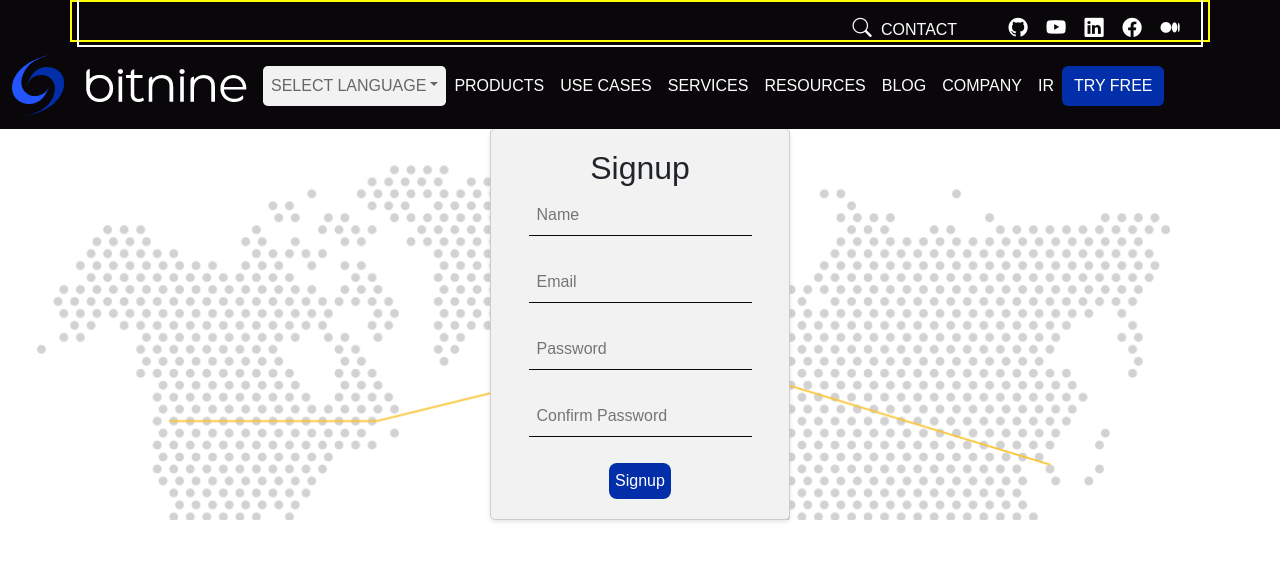
Repository: devblackie/signinpage
Page: /
An editor plug-in stored every save of this project. The page is shown before and after the next save, followed by the edit.
The browser window is 1280 px wide. The pictures show the whole page.
Some web fonts or font styles are not loaded; a fallback is used. The project was rebuilt for these pictures with package versions that can differ from the ones it lists, and the page was loaded fresh each time. Also part of the build but not shown: vite.config.js, src/components/Login.jsx, src/components/Dashboard.jsx, src/components/Home.jsx, src/components/ProtectedDashboard.jsx.

Above is the page before, as saved 2023-08-28 17:03:13.

### index.html
<!doctype html>
<html lang="en">
  <head>
    <meta charset="UTF-8" />
    <link rel="preconnect" href="https://fonts.googleapis.com">
<link rel="preconnect" href="https://fonts.gstatic.com" crossorigin>
<link href="https://fonts.googleapis.com/css2?family=Monda:wght@400;700&display=swap" rel="stylesheet">
    <link rel="stylesheet" href="https://cdn.jsdelivr.net/npm/bootstrap-icons@1.10.5/font/bootstrap-icons.css">
    <link href="https://cdn.jsdelivr.net/npm/bootstrap@5.3.1/dist/css/bootstrap.min.css" rel="stylesheet" integrity="sha384-4bw+/aepP/YC94hEpVNVgiZdgIC5+VKNBQNGCHeKRQN+PtmoHDEXuppvnDJzQIu9" crossorigin="anonymous">
    <meta name="viewport" content="width=device-width, initial-scale=1.0" />
    <title>Bitnine Login</title>
  </head>
  <body>
    <div id="root"></div>
    <script type="module" src="/src/main.jsx"></script>
    <script src="https://cdn.jsdelivr.net/npm/bootstrap@5.3.1/dist/js/bootstrap.bundle.min.js" integrity="sha384-HwwvtgBNo3bZJJLYd8oVXjrBZt8cqVSpeBNS5n7C8IVInixGAoxmnlMuBnhbgrkm" crossorigin="anonymous"></script>
  </body>
</html>

### src/main.jsx
import React from "react";
import ReactDOM from "react-dom";
import App from "./App";
import { UserProvider } from "./components/UserContext";

ReactDOM.render(
  <UserProvider>
    <App />
  </UserProvider>,
  document.getElementById("root")
);

### src/App.jsx
import React, { useState } from "react";
import { BrowserRouter as Router, Route, Routes } from "react-router-dom";
import Signup from "./components/Signup";
import Login from "./components/Login";
import Dashboard from "./components/Dashboard";
import Home from "./components/Home";
import ProtectedDashboard from "./components/ProtectedDashboard";
import "./App.css";

const App = () => {
  const [isAuthenticated, setIsAuthenticated] = useState(false);

  const handleLogin = () => {
    setIsAuthenticated(true);
  };

  return (
    <Router>
      <Routes>
        <Route
          path="/"
          element={
            <div>
              <Signup handleLogin={handleLogin} />
              {/* <Login handleLogin={handleLogin} /> */}
            </div>
          }
        />
        <Route
          path="/dashboard"
          // element={<ProtectedDashboard isAuthenticated={isAuthenticated} />}
          element={<Dashboard />}
        />
        <Route
          path="/home"
          // element={<ProtectedDashboard isAuthenticated={isAuthenticated} />}
          element={<Home />}
        />
      </Routes>
    </Router>
  );
};

export default App;

### src/components/UserContext.jsx
import React, { createContext, useContext, useState } from "react";

const UserContext = createContext();

export function UserProvider({ children }) {
  const [userName, setUserName] = useState("");

  return (
    <UserContext.Provider value={{ userName, setUserName }}>
      {children}
    </UserContext.Provider>
  );
}

export function useUser() {
  return useContext(UserContext);
}

### src/components/Signup.jsx
import React, { useState } from "react";
import "./signup.css";
import { useUser } from "./UserContext";
import { useNavigate } from "react-router-dom";
import Header from "./Header";

const Signup = ({ handleLogin }) => {
  // States for registration
  const [email, setEmail] = useState("");
  const [name, setName] = useState("");
  const [password, setPassword] = useState("");
  const [cpassword, setCPassword] = useState("");
  const [formErrors, setFormErrors] = useState({});
  const navigate = useNavigate();
  const { setUserName } = useUser(); // Ret

  // State for tracking submission status
  const [submissionStatus, setSubmissionStatus] = useState("none"); // Possible values: "none", "success", "error"

  // Handling input changes
  const handleInputChange = (e) => {
    const { name, value } = e.target;
    if (name === "name") setName(value);
    if (name === "email") setEmail(value);
    if (name === "password") setPassword(value);
    if (name === "cpassword") setCPassword(value);
    setSubmissionStatus("none");
  };

  const handleSignform = (e) => {
    e.preventDefault();
    const errors = validateForm();
    if (Object.keys(errors).length === 0) {
      setSubmissionStatus("success");
      setUserName(name); // Set the userName in the context
    } else {
      setFormErrors(errors);
      setSubmissionStatus("error");
    }
  };

  // Form validations
  const validateForm = () => {
    const errors = {};
    const regex = /^[^\s+@]+@[^\s@]+\.[^\s@]{2,}$/i;

    if (!name) errors.name = "Name is required";
    if (!email) errors.email = "Email is required";
    else if (!regex.test(email))
      errors.email = "This is not a valid email format!";

    if (!password) errors.password = "Password is required";
    else if (password.length < 4)
      errors.password = "Password must be more than 4 characters";
    else if (password.length > 10)
      errors.password = "Password cannot exceed more than 10 characters";

    if (!cpassword) errors.cpassword = "Confirm Password is required";
    else if (cpassword !== password)
      errors.cpassword = "Confirm password and password should be the same";
    return errors;
  };

  return (
    <>
      <Header userName={name} />
      <div className="form-container">
        {submissionStatus === "success" ? (
          <div className="success">
            <h1>User {name} successfully registered!!</h1>
            <a onClick={() => navigate("/home")}>
              Click to continue to the main site
            </a>
          </div>
        ) : (
          <form onSubmit={handleSignform}>
            <h2>Signup</h2>
            <input
              type="text"
              name="name"
              placeholder="Name"
              value={name}
              onChange={handleInputChange}
            />
            <p className="error">{formErrors.name}</p>
            <input
              type="email"
              name="email"
              placeholder="Email"
              value={email}
              onChange={handleInputChange}
            />
            <p className="error">{formErrors.email}</p>
            <input
              type="password"
              name="password"
              placeholder="Password"
              value={password}
              onChange={handleInputChange}
            />
            <p className="error">{formErrors.password}</p>
            <input
              type="password"
              placeholder="Confirm Password"
              value={cpassword}
              name="cpassword"
              onChange={handleInputChange}
            />
            <p className="error">{formErrors.cpassword}</p>
            <button className-="bton" type="submit">
              Signup
            </button>
          </form>
        )}
      </div>
    </>
  );
};

export default Signup;

### src/App.css
#root {
  max-width: 1280px;
  margin: 0 auto;
  padding: 2rem;
  text-align: center;
}
.btn1{background-color:#022ea9;
  color:#fff;
  outline:none;
  border:none;}
  .btn1:hover{
    color:orange;
    background-color:#022ea9;
  }


@media (prefers-reduced-motion: no-preference) {
  a:nth-of-type(2) .logo {
    animation: logo-spin infinite 20s linear;
  }
}

.card {
  padding: 2em;
}

.read-the-docs {
  color: #888;
}

### src/components/signup.css
form .error {
  color: red;
  font-size: 12px;
}
.form-container {
  background-image: url("../assets/map2.png");
  background-size: cover;
  background-repeat: no-repeat;
  font-family: "Monda", sans-serif;
  margin-top: 6em;
}
form {
  background-color: #f2f2f2;
  max-width: 300px;
  margin: 0 auto;
  padding: 20px;
  border: 1px solid #ccc;
  border-radius: 5px;
  box-shadow: 0 2px 4px rgba(0, 0, 0, 0.1);
}
form input {
  margin-bottom: 10px;
  padding: 8px;
  border: none;
  border-bottom: 1px solid #09070a;
  /* border-radius: 3px; */
  background-color: transparent;
}
input:focus,
input:focus-visible {
  outline: none;
  background-color: inherit;
}
form button {
  background-color: #022ea9;
  color: #fff;
  outline: none;
  border: none;
  border-radius: 8px;
  padding: 6px;
}
button:hover {
  color: orange;
  background-color: #022ea9;
}

### src/components/Header.jsx
import React from "react";
import "./style/navbar.css";
import {useUser} from "./UserContext"   //Path to UserContext file
import Logo from "../assets/bitnine-logo_.png";

export default function Header() {
  const {userName}= useUser() //Retrieve userName from the context
  return (
    <>
      <div className="fixed-top header">
        <header class="topbar">
          <div class="container">
            <div class="row">
              {/* <!-- social icon--> */}
              <div class="col-sm-12">
                <ul class="social-network">
                  <div className="hovver">
                    <li>
                      <a class="waves-effect waves-dark" id="hovver" href="#">
                        <i class="bi bi-search"></i>
                      </a>
                    </li>
                    <li>
                      <a
                        class="waves-effect waves-dark tact"
                        id="hovver"
                        href="#"
                      >
                        contact
                      </a>
                    </li>
                  </div>
                  <div className="soc">
                    <li id="git">
                      <a class="waves-effect waves-dark" href="#">
                        <i class="bi bi-github"></i>
                      </a>
                    </li>
                    <li id="youtube">
                      <a class="waves-effect waves-dark" href="#">
                        <i class="bi bi-youtube"></i>
                      </a>
                    </li>
                    <li id="in">
                      <a class="waves-effect waves-dark" href="#">
                        <i class="bi bi-linkedin"></i>
                      </a>
                    </li>
                    <li id="fb">
                      <a class="waves-effect waves-dark" href="#">
                        <i class="bi bi-facebook"></i>
                      </a>
                    </li>
                    <li id="medium">
                      <a class="waves-effect waves-dark" href="#">
                        <i class="bi bi-medium"></i>
                      </a>
                    </li>
                  </div>
                </ul>
                <p className="text warning">{userName}</p>
              </div>
            </div>
          </div>
        </header>
        <nav className="navbar navbar-expand-lg">
          <div className="container-fluid">
            <a className="navbar-brand" href="#">
              <img src={`${Logo}`} alt="logo" />
            </a>

            <div
              className="collapse navbar-collapse"
              id="navbarSupportedContent"
            >
              <ul className="navbar-nav me-auto mb-2 mb-lg-0">
                <li className="nav-item dropdown">
                  <a
                    className="nav-link dropdown-toggle color-tertiary"
                    href="#"
                    role="button"
                    data-bs-toggle="dropdown"
                    aria-expanded="false"
                  >
                    Select Language
                  </a>
                  <ul className="dropdown-menu">
                    <li>
                      <a className="dropdown-item" href="#">
                        English
                      </a>
                    </li>
                    <li>
                      <a className="dropdown-item" href="#">
                        한국
                      </a>
                    </li>
                  </ul>
                </li>
                <li className="nav-item">
                  <a className="nav-link" href="#">
                    products
                  </a>
                </li>
                <li className="nav-item">
                  <a className="nav-link" href="#">
                    use cases
                  </a>
                </li>
                <li className="nav-item">
                  <a className="nav-link" href="#">
                    services
                  </a>
                </li>
                <li className="nav-item">
                  <a className="nav-link" href="#">
                    resources
                  </a>
                </li>
                <li className="nav-item">
                  <a className="nav-link" href="#">
                    blog
                  </a>
                </li>
                <li className="nav-item">
                  <a className="nav-link" href="#">
                    company
                  </a>
                </li>
                <li className="nav-item">
                  <a className="nav-link" href="#">
                    ir
                  </a>
                </li>

                <button class="btn btn-outline-primary" type="submit">
                  TRY FREE
                </button>
              </ul>
            </div>
          </div>
        </nav>
      </div>
    </>
  );
}

### src/components/style/navbar.css
.header {
  background-color: #09070a;
  font-family: "Monda", sans-serif;
}
.nav-item .nav-link {
  color: #fff;
  text-transform: uppercase;
}
.nav-item .nav-link:active {
  color: orange;
}
.dropdown {
  background-color: #f2f2f2;
  border-radius: 0.3rem;
  .nav-link {
    color: #666666;
  }
}
.topbar .container{border:2px solid yellow;}

.topbar .container .row {
  margin: -7px;
  border: 2px solid white;
}

ul.social-network {
  border: none;
  display: flex;
  list-style: none;
  margin: 5px 0 0 -25px;
  float: right;
}
ul.social-network .hovver {
  margin-right: 3rem;
}
ul.social-network .soc {
  margin-left: 2rem;
  margin-right: 0;
}
ul.social-network .soc #git,
#youtube,
#in,
#fb,
#medium {
  position: relative;
}
ul.social-network .soc #git::before {
  content: "";
  position: absolute;
  top: -100%;
  left: 0;
  width: 100%;
  height: 100%;
  background-color: #666666;
  transition: top 0.3s ease; /* Transition effect for sliding */
  z-index: -1;
}
ul.social-network .soc #git:hover::before,
ul.social-network .soc #youtube:hover::before,
ul.social-network .soc #in:hover::before,
ul.social-network .soc #fb:hover::before,
ul.social-network .soc #medium:hover::before {
  top: 0; /* Slide the background from the top */
}

ul.social-network .soc #youtube::before {
  content: "";
  position: absolute;
  top: -100%;
  left: 0;
  width: 100%;
  height: 100%;
  background-color: red;
  transition: top 0.3s ease; /* Transition effect for sliding */
  z-index: -1;
}
ul.social-network .soc #in::before {
  content: "";
  position: absolute;
  top: -100%;
  left: 0;
  width: 100%;
  height: 100%;
  background-color: #0a66c2;
  transition: top 0.3s ease; /* Transition effect for sliding */
  z-index: -1;
}
ul.social-network .soc #fb::before {
  content: "";
  position: absolute;
  top: -100%;
  left: 0;
  width: 100%;
  height: 100%;
  background-color: #395498;
  transition: top 0.3s ease; /* Transition effect for sliding */
  z-index: -1;
}
ul.social-network .soc #medium::before {
  content: "";
  position: absolute;
  top: -100%;
  left: 0;
  width: 100%;
  height: 100%;
  background-color: #30b570;
  transition: top 0.3s ease; /* Transition effect for sliding */
  z-index: -1;
}

ul.social-network .soc li {
  border: none;
  margin: 0;
}
ul.social-network li a {
  text-decoration: none;
  text-transform: uppercase;
}
ul.social-network li a#hovver:hover {
  color: #666666;
  font-weight: 700;
  font-family: "Monda", sans-serif;
}

ul.social-network li i {
  font-size: 1.2rem;
  margin: 0;
}

ul.social-network li {
  padding: 13px 0 0;
  width: 38px;
  display: inline-block;
  text-align: center;
  height: 40px;
  vertical-align: baseline;
}

.btn {
  background-color: #022ea9;
  color: #fff;
  outline: none;
  border: none;
}
.btn:hover {
  color: orange;
  background-color: #022ea9;
}
.waves-effect {
  color: #fff;
}

After the next save:
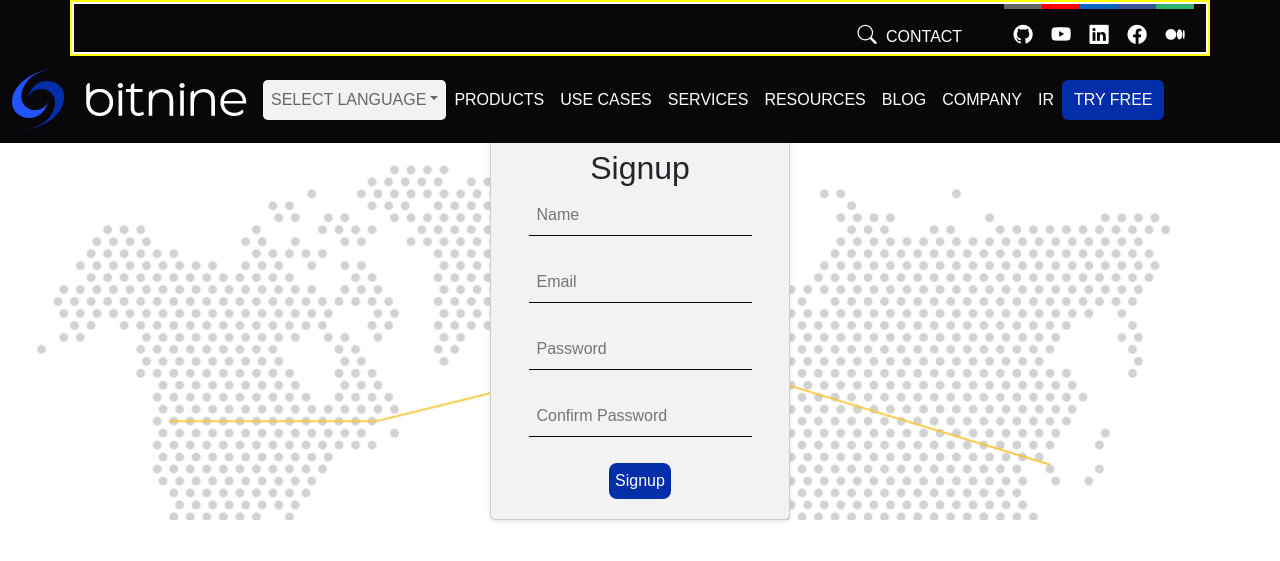
Saved 21 s later.
--- a/src/components/style/navbar.css
+++ b/src/components/style/navbar.css
@@ -19,7 +19,7 @@
 .topbar .container{border:2px solid yellow;}
 
 .topbar .container .row {
-  margin: -7px;
+  /* margin: -7px; */
   border: 2px solid white;
 }
 
